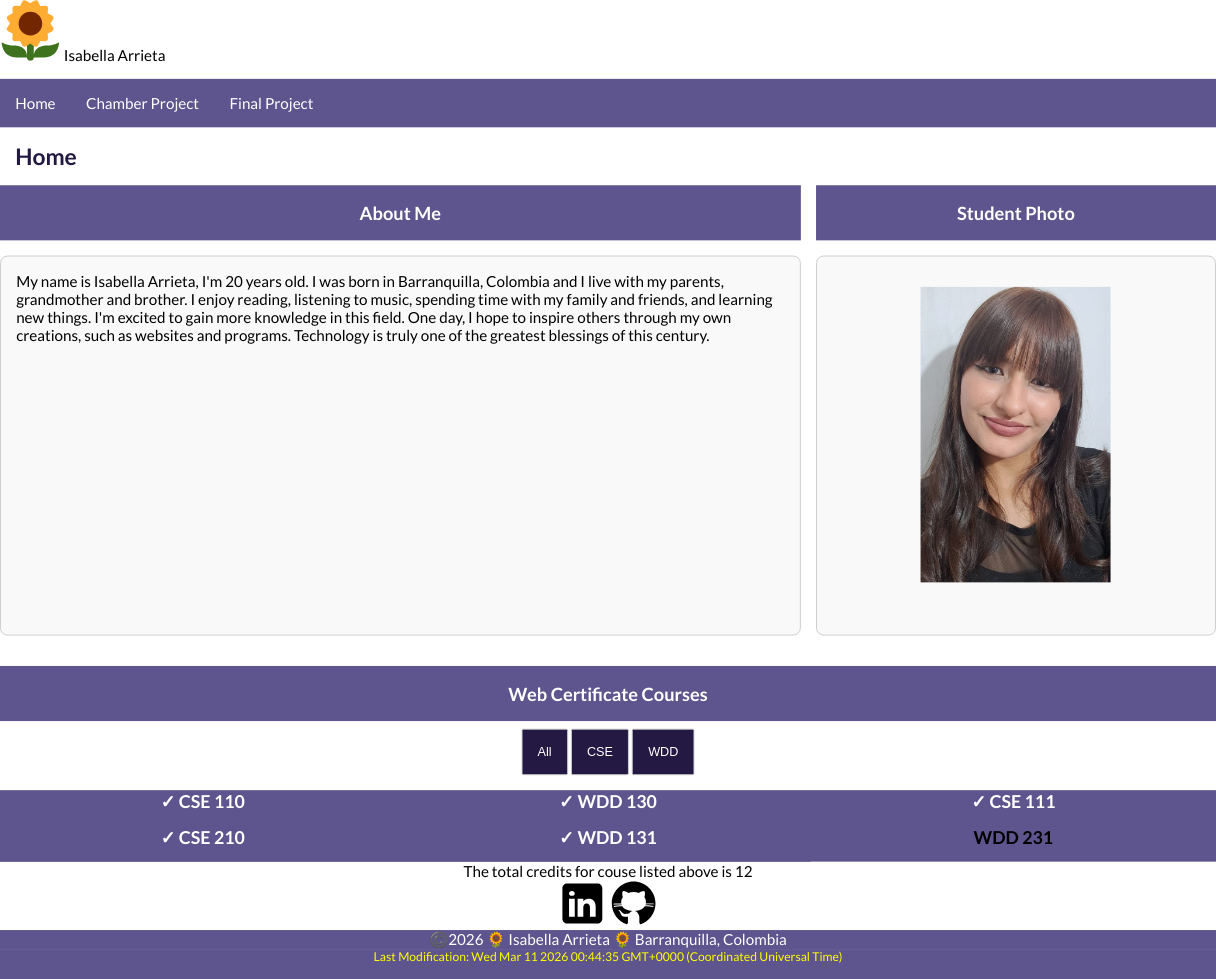
Repository: isaAJ05/wdd231
Page: index.html
These files come from the project's save history. The page is drawn as it stood at one moment and after the next save; the edit follows.
The browser window is 1280 px wide. The pictures show the whole page, at 95% of full size.
Some web fonts or font styles are not loaded; a fallback is used.

Above is the page before, as saved 2026-03-11 01:14:09.

### index.html
<!DOCTYPE html>
<html lang="en">
<head>
    <meta charset="UTF-8">
    <meta name="viewport" content="width=device-width, initial-scale=1.0">
    <title>WDD 231 – Web Frontend Development I – Isabella Arrieta</title>
    <meta name="description" content="WDD 231 – Web Frontend Development I Isabella Arrieta, This is a page about me">
    <meta name="author" content="Isabella Arrieta">
    <link rel="stylesheet" href="styles/normalize.css">
    <link rel="preconnect" href="https://fonts.googleapis.com">
    <link rel="preconnect" href="https://fonts.gstatic.com" crossorigin>
    <link href="https://fonts.googleapis.com/css2?family=Lato:ital,wght@0,100;0,300;0,400;0,700;0,900;1,100;1,300;1,400;1,700;1,900&family=Open+Sans:ital,wght@0,300..800;1,300..800&family=Play:wght@400;700&family=Raleway:ital,wght@0,100..900;1,100..900&display=swap" rel="stylesheet">
    <script src="scripts/getdates.js" defer></script>
    <script src="scripts/hamburguer.js" defer></script>
    <script src="scripts/courses.js" defer></script>
</head>
<body>
    <header>
        <div class="title">
            <img src="images/sunflower-svgrepo-com.svg" alt="Isabella Arrieta logo">
            <span>Isabella Arrieta</span>
        </div>
        <button id="menu" aria-label="Open menu"></button>
        <nav>
            <ul class="navigation">
			<li><a href="index.html">Home</a></li>
			<li><a href="#" class="chamber">Chamber Project</a></li>
			<li><a href="#" class="final">Final Project</a></li>
		</ul>
        </nav>
    </header>
    <main>
        <h1>Home</h1>
        <section>
         <div class="rectangle">
            <h2>About Me</h2>
            </div>
        <div class="card">
            <p>My name is Isabella Arrieta, I'm 20 years old. I was born in Barranquilla, Colombia and I live with my parents, grandmother and brother. I enjoy reading, listening to music, spending time with my family and friends, and learning new things. I'm excited to gain more knowledge in this field. One day, I hope to inspire others through my own creations, such as websites and programs. Technology is truly one of the greatest blessings of this century.</p>
        </div>
        </section>
        <section>
            <div class="rectangle">
                <h2>Student Photo</h2>
            </div>
            <div class="card">
                <img src="images/isa.jpg" alt="Isabella Arrieta picture">
            </div>
        </section>
        <section>
            <div class="rectangle">
                <h2>Web Certificate Courses</h2>
            </div>
            <div class="course-buttons">
                <button id="all">All</button>
                <button id="cse">CSE</button>
                <button id="wdd">WDD</button>
            </div>
            <div id="courses"></div>
            <p>The total credits for couse listed above is <span id="totalCredits"></span></p>

        </section>
    </main>
    <footer>
        <div class ="icons">
                <a href="https://www.linkedin.com/in/isabella-arrieta/" target="_blank"><img src="images/icons8-linkedin.svg" alt="LinkedIn icon"></a>
                <a href="https://github.com/isaaj05" target="_blank"><img src="images/icons8-github.svg" alt="GitHub icon"></a>
        </div>
        <p>
            ©️<span id="currentyear"></span> 🌻 Isabella Arrieta 🌻 Barranquilla, Colombia
        </p>
        <p class="last-modified">
            <span id="lastModified"></span>
        </p>
    </footer>

</body>
</html>

### styles/normalize.css
:root {
    --primary-color: #231942;
    --secondary-color: #5e548e;
    --font: "Lato", sans-serif;
}
* {
	margin: 0;
	padding: 0;
	box-sizing: border-box;
}
body{
	font-family: var(--font);
}
h1 {
	text-align: left;
	color: var(--primary-color);
	font-size: 1.5rem;
	margin-left: 1rem;
	position: left;
}

h2 {
	font-size: 1.2rem;
	color: #fff;
	text-align: center;
	margin: 1rem;
	}
header {
    position: relative;

}
nav {
	margin: 1rem auto;
}

/* small view navigation */
#menu {
	font-size: 1.5rem;
	border: 0;
	background: none;
	color: #000;
 	position: absolute;
  top: 1rem;
	right: 1rem;
}

#menu::before {
	content: "☰";
}

#menu.open::before {
	content: "✖️";
}

.navigation {
	display: flex;
	flex-direction: column;
	list-style: none;
	background-color: var(--secondary-color);
	color: #fff;
}

.navigation a {
	display: none;
	padding: 1rem;
	text-align: center;
	text-decoration: none;
	color: #fff;
}
.navigation a:hover {
	background-color: #bbb;
	color: #333;
	font-weight: 700;
}

/* when the button is clicked - the open class is toggled (added/removed) */
.open a {
	display: block;
}

.active::before {
	content: "📍";  /* just a wayfinding symbol for the user */
}

.card {
	border: 1px solid #ccc;
	border-radius: 8px;
	padding: 1rem;
	margin: 1rem auto;
	height: 400px;
	background-color: #f9f9f9;
}


.rectangle{
	padding: 0.1rem;
	background-color: var(--secondary-color);

}

.card img{
	width: 200px;
	height: auto;
	display: block;
	margin: 1rem auto;
}
#all, #cse , #wdd {
	background-color: var(--primary-color);
	color: #fff;
	cursor: pointer;
	border: 1px solid #ccc;
	border-radius: 2px;
	padding:  1rem;
	margin-top: 0.5rem;
	margin-bottom: 0.5rem;

}

#all:hover, #cse:hover , #wdd:hover {
	background-color: #ccc9dc;
    cursor: pointer;
	border: 1px solid gray;
	border-radius: 2px;
	color: #333;
	font-weight: 700;
}
#courses{
	display: grid;
	grid-template-columns: repeat(3, 1fr);
	background-color: var(--secondary-color);
	color: #000;
	height: 75px;
	margin-top: 0.5rem;
}
.completed{
	background-color: var(--secondary-color);
	color: white;
	font-weight: 700;
}
footer {
    color:  #fff;
    text-align: center;
}
footer p {
    background: var(--secondary-color);
}
.last-modified {
    font-size: 0.8rem;
    color: yellow;
	padding-bottom: 1rem;
}

/* large view navigation ************************************/
@media (min-width: 37.5em) {

	 main {
        display: grid;
        grid-template-columns: 2fr 1fr;
        gap: 1rem;

    }

    main h1 {
        grid-column: 1 / -1;
    }

	main section:last-of-type {
    grid-column: 1 / -1;
	text-align: center;
    }

	#menu {
		display: none; /* hide hamburger button */
	}

	.navigation {
		flex-direction: row;
	}

	.navigation a {
		display: block;
		flex: 1 1 100%;
	}

}

### scripts/getdates.js
const year = document.querySelector("#currentyear");
const today = new Date();
year.innerHTML = `<span class="highlight">${today.getFullYear()}</span>`;
const lastMod = document.querySelector("#lastModified");
let oLastModif = new Date(document.lastModified);
lastMod.innerHTML = `Last Modification: <span class="highlight">${oLastModif}</span>`;

### scripts/hamburguer.js
const hamButton = document.querySelector('#menu');
const navigation = document.querySelector('.navigation');
const title = document.querySelector('.title');

hamButton.addEventListener('click', () => {
	navigation.classList.toggle('open');
    hamButton.classList.toggle('open');
    title.classList.toggle('open');
});

### scripts/courses.js
// here we select the elements we need to interact with
const courseContainer = document.querySelector("#courses"); // container for the course cards
const totalCredits = document.querySelector("#totalCredits"); // element to display total credits
// buttons to filter courses
const allBtn = document.querySelector("#all");
const cseBtn = document.querySelector("#cse");
const wddBtn = document.querySelector("#wdd");
// array given by the university with all the courses in the web certificate program
const courses = [
    {
        subject: 'CSE',
        number: 110,
        title: 'Introduction to Programming',
        credits: 2,
        certificate: 'Web and Computer Programming',
        description: 'This course will introduce students to programming. It will introduce the building blocks of programming languages (variables, decisions, calculations, loops, array, and input/output) and use them to solve problems.',
        technology: [
            'Python'
        ],
        completed: true
    },
    {
        subject: 'WDD',
        number: 130,
        title: 'Web Fundamentals',
        credits: 2,
        certificate: 'Web and Computer Programming',
        description: 'This course introduces students to the World Wide Web and to careers in web site design and development. The course is hands on with students actually participating in simple web designs and programming. It is anticipated that students who complete this course will understand the fields of web design and development and will have a good idea if they want to pursue this degree as a major.',
        technology: [
            'HTML',
            'CSS'
        ],
        completed: true
    },
    {
        subject: 'CSE',
        number: 111,
        title: 'Programming with Functions',
        credits: 2,
        certificate: 'Web and Computer Programming',
        description: 'CSE 111 students become more organized, efficient, and powerful computer programmers by learning to research and call functions written by others; to write, call , debug, and test their own functions; and to handle errors within functions. CSE 111 students write programs with functions to solve problems in many disciplines, including business, physical science, human performance, and humanities.',
        technology: [
            'Python'
        ],
        completed: true
    },
    {
        subject: 'CSE',
        number: 210,
        title: 'Programming with Classes',
        credits: 2,
        certificate: 'Web and Computer Programming',
        description: 'This course will introduce the notion of classes and objects. It will present encapsulation at a conceptual level. It will also work with inheritance and polymorphism.',
        technology: [
            'C#'
        ],
        completed: true
    },
    {
        subject: 'WDD',
        number: 131,
        title: 'Dynamic Web Fundamentals',
        credits: 2,
        certificate: 'Web and Computer Programming',
        description: 'This course builds on prior experience in Web Fundamentals and programming. Students will learn to create dynamic websites that use JavaScript to respond to events, update content, and create responsive user experiences.',
        technology: [
            'HTML',
            'CSS',
            'JavaScript'
        ],
        completed: true
    },
    {
        subject: 'WDD',
        number: 231,
        title: 'Frontend Web Development I',
        credits: 2,
        certificate: 'Web and Computer Programming',
        description: 'This course builds on prior experience with Dynamic Web Fundamentals and programming. Students will focus on user experience, accessibility, compliance, performance optimization, and basic API usage.',
        technology: [
            'HTML',
            'CSS',
            'JavaScript'
        ],
        completed: false
    }
]
// function to display the courses on the page
function displayCourses(courseList) {
    courseContainer.innerHTML = ""; // clear the container before adding new courses

    courseList.forEach(course => {
        const card = document.createElement("div"); // create a card for each course
        card.classList.add("course-card");

        if (course.completed) {
            card.classList.add("completed");// add a class to indicate the course is completed
        }

        card.innerHTML = `
            <h3>${course.completed ? '✓' : ''} ${course.subject} ${course.number}</h3>
        `;

        courseContainer.appendChild(card); // add the card to the container
    });

    calculateCredits(courseList);
}
function calculateCredits(courseList) {
    const total = courseList.reduce((sum, course) => sum + course.credits, 0); // calculate the total credits by summing the credits of all courses in the list
    totalCredits.textContent = total;
}

allBtn.addEventListener("click", () => {
    displayCourses(courses);
});

cseBtn.addEventListener("click", () => {
    const cseCourses = courses.filter(course => course.subject === "CSE");
    displayCourses(cseCourses);
});

wddBtn.addEventListener("click", () => {
    const wddCourses = courses.filter(course => course.subject === "WDD");
    displayCourses(wddCourses);
});

displayCourses(courses);

After the next save:
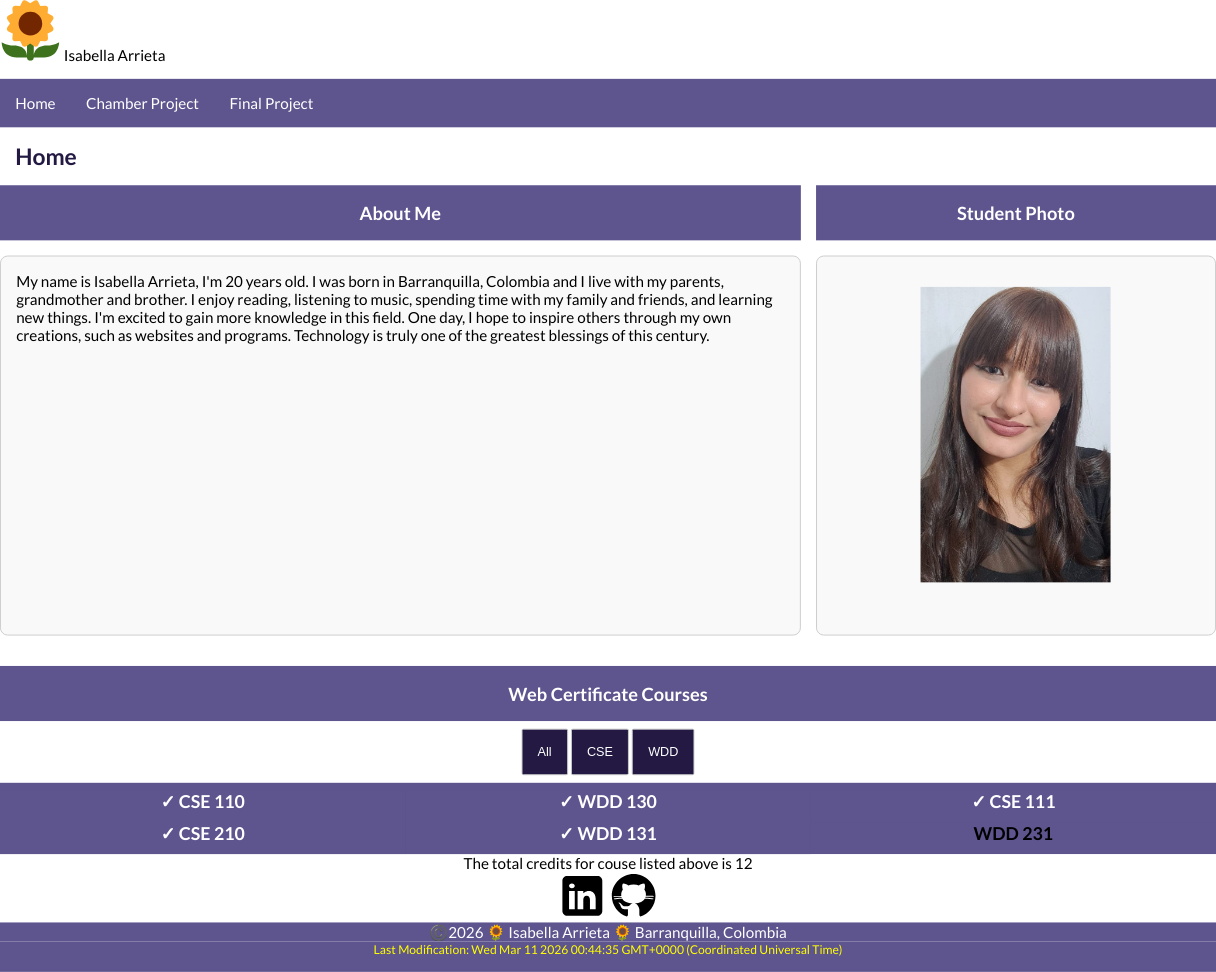
Saved 26 s later.
--- a/styles/normalize.css
+++ b/styles/normalize.css
@@ -130,7 +130,7 @@ nav {
 	background-color: var(--secondary-color);
 	color: #000;
 	height: 75px;
-	margin-top: 0.5rem;
+	padding-top: 0.5rem;
 }
 .completed{
 	background-color: var(--secondary-color);
